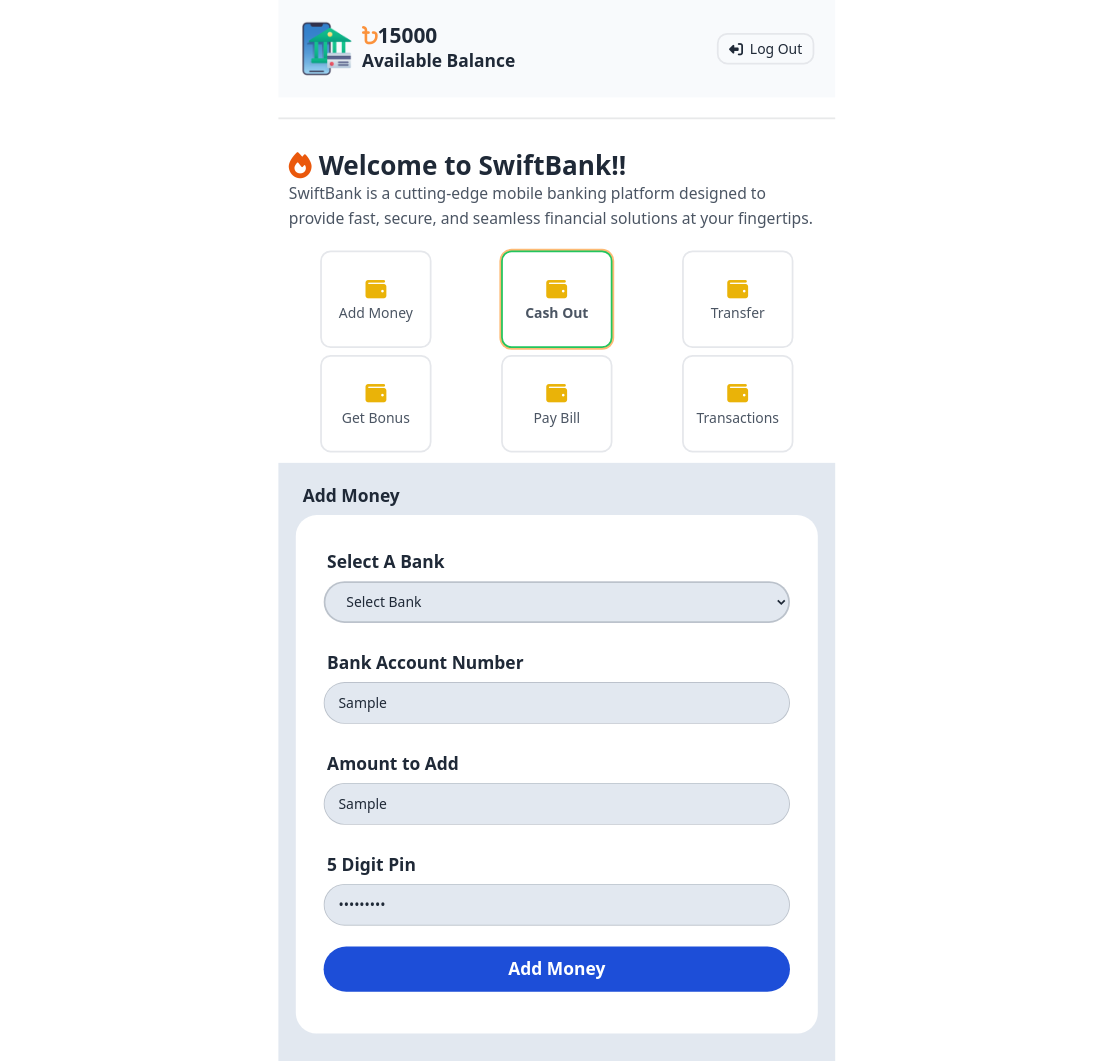
Repository: mukaddam-coder/swift-bank-mobile-banking
Page: home.html
An editor plug-in stored every save of this project. The page is shown before and after the next save, followed by the edit.
The browser window is 1280 px wide. The pictures show the whole page, at 87% of full size.
Empty fields were first filled with sample values (such as "Sample", 5 or name@example.com).
After loading, the first visible `#show-add-money-section` was clicked once.
Some web libraries are served in a nearby version.

Above is the page before, as saved 2024-12-17 00:08:25.

After the next save:
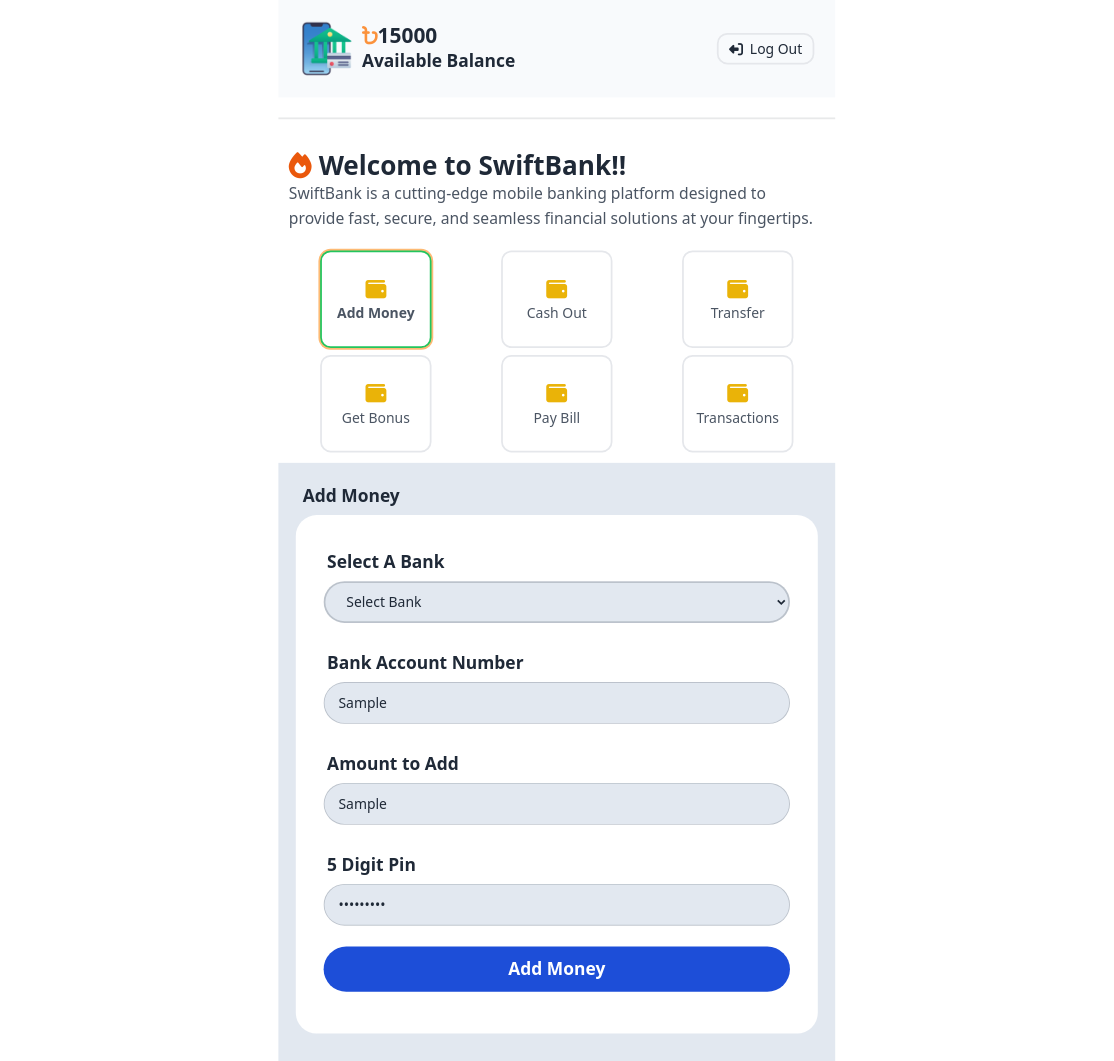
Saved 46 s later.
--- a/Jscript/features.js
+++ b/Jscript/features.js
@@ -2,13 +2,15 @@
 // The add money section will show when the add money button is clicked.
 document.getElementById('show-add-money-section').addEventListener('click', function(){
     showSectionById('add-money-section');
+    handleButtonClicked('show-add-money-section');
 
 
 });
 
 // The cash-out section will show when the cash-out button is clicked.
 document.getElementById('show-cash-out-section').addEventListener('click', function(){
-    showSectionById('cash-out-section')
+    showSectionById('cash-out-section');
+    handleButtonClicked('show-cash-out-section');
 
 
 });
@@ -17,6 +19,7 @@
 
 document.getElementById('show-money-transfer-section').addEventListener('click', function(){
     showSectionById('money-transfer-section');
+    handleButtonClicked('show-money-transfer-section');
 
 
 
